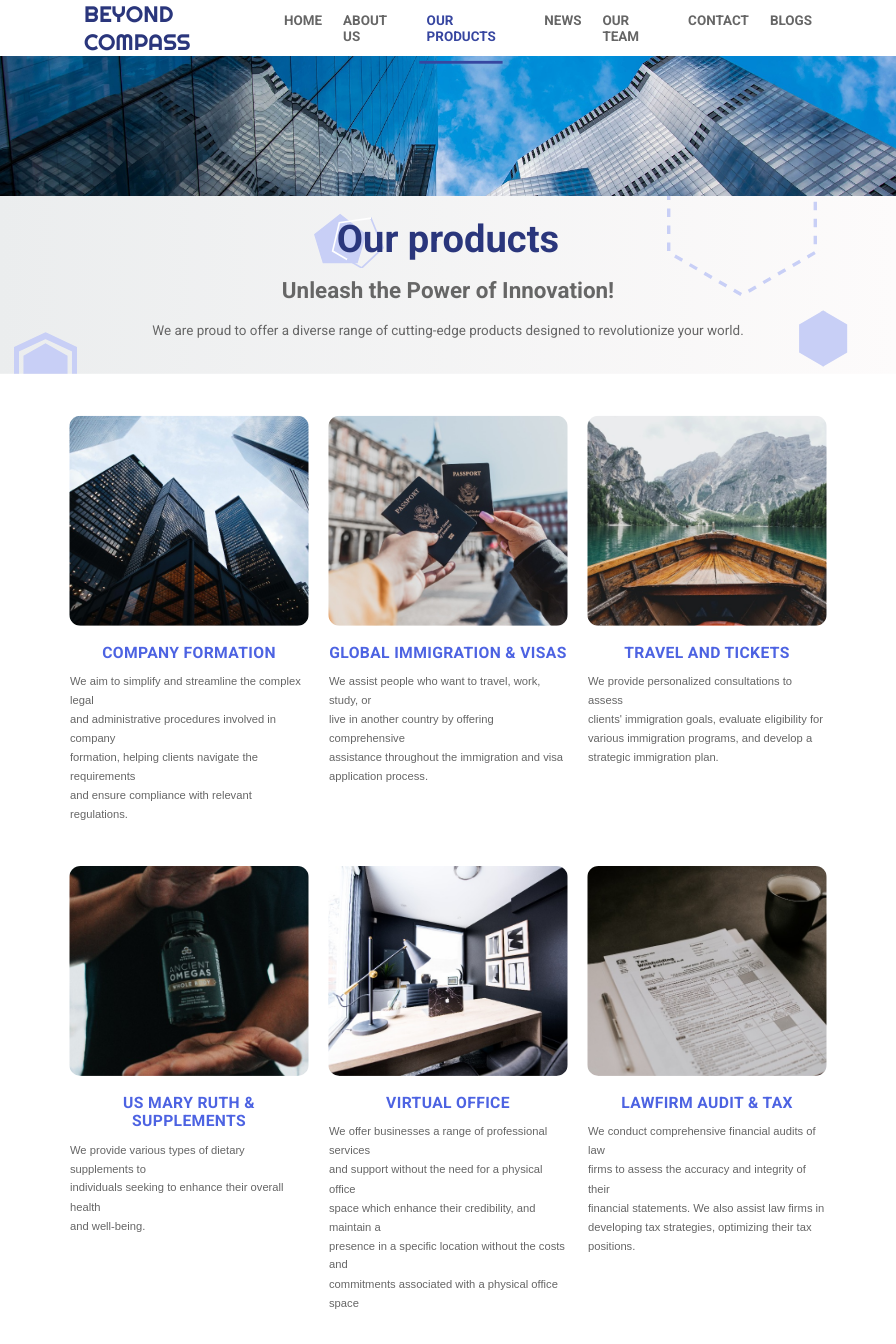
Repository: trunghau06/baitapRn
Page: pages/product.html
These files come from the project's save history. The page is drawn as it stood at one moment and after a run of saves; the edit follows.
The browser window is 1280 px wide. The pictures show the part of the page from y = 0 to 1920 px (the page is 3343 px tall before and 3346 px after), at 70% of full size.

Above is the page before, as saved 2025-10-09 22:38:32.

### pages/product.html
<!DOCTYPE html>
<html lang="en">
<head>
    <meta charset="UTF-8">
    <meta name="viewport" content="width=device-width, initial-scale=1.0">
    <title>Our products</title>
    <link rel="stylesheet" href="../style/product.css?v=1">
    <link rel="stylesheet" href="https://cdnjs.cloudflare.com/ajax/libs/font-awesome/6.5.1/css/all.min.css">
    <link href="https://fonts.googleapis.com/css2?family=Roboto:wght@400;700&display=swap" rel="stylesheet">
</head>
<body>
    <!-- Thanh Header -->
    <header>
        <div class="header-Page">
            <!-- Logo -->
            <div class="logo">BEYOND COMPASS</div>

            <!-- Navigation Menu -->
            <nav>
                <ul>
                    <li><a href="../index.html"                 >HOME        </a></li>
                    <li><a href="about.html"                 >ABOUT US    </a></li>
                    <li><a href="product.html" class="active">OUR PRODUCTS</a></li>
                    <li><a href="news.html"                  >NEWS        </a></li>
                    <li><a href="team.html"                  >OUR TEAM    </a></li>
                    <li><a href="contact.html"               >CONTACT     </a></li>
                    <li><a href="blogs.html"                 >BLOGS       </a></li>
                </ul>
            </nav>
        </div>
    </header>

    <div class="header-banner"></div>

    <!-- Gioi Thieu -->
    <div class="introduce-Page">
        <svg class="hexagon-small-double" viewBox="0 0 100 115" xmlns="http://www.w3.org/2000/svg">
            <polygon points="50 10, 85 30, 85 70, 50 90, 15 70, 15 30"
                    fill="#C8CFF6"
                    stroke="none"/>
            <polygon points="50 -2, 97 20, 97 80, 50 102, 3 80, 3 20"
                    fill="none"
                    stroke="#C8CFF6"
                    stroke-width="10"/>
        </svg>

        <div class="hexagon hexagon-large"></div>

         <svg class="hexagon-outline" viewBox="0 0 100 115" xmlns="http://www.w3.org/2000/svg">
            <polygon points="50 0, 93 25, 93 75, 50 100, 7 75, 7 25"
                    fill="none"
                    stroke="#C8CFF6"
                    stroke-width="2"
                    stroke-dasharray="5, 5"/>
        </svg>

        <svg class="pentagon-outline" viewBox="0 0 100 100" xmlns="http://www.w3.org/2000/svg">
            <defs>
                <linearGradient id="strokeHalfColor" x1="0%" y1="0%" x2="100%" y2="0%">
                    <stop offset="50%" style="stop-color:#FFFFFF;stop-opacity:1" />
                    <stop offset="50%" style="stop-color:#C8CFF6;stop-opacity:1" />
                </linearGradient>
            </defs>
            <polygon points="50 5, 95 40, 80 90, 20 90, 5 40"
                    fill="none"
                    stroke="url(#strokeHalfColor)"
                    stroke-width="3"
                    transform="rotate(30 50 50)"/>
        </svg>

        <svg class="pentagon-filled" viewBox="0 0 100 100" xmlns="http://www.w3.org/2000/svg">
            <polygon points="50 5, 95 40, 80 90, 20 90, 5 40"
                    fill="#C8CFF6"
                    stroke="#C8CFF6"
                    stroke-width="3"/>
        </svg>

        <h1>Our products</h1>

        <h3>Unleash the Power of Innovation!</h3>

        <p>We are proud to offer a diverse range of cutting-edge products designed to revolutionize your world.</p>
    </div>

    <div class="box-section">
        <!-- box 1 -->
        <div class="box">
            <img src="../Images/image_box_1.jpg" alt="">

            <div class="content-box">
                <h3>COMPANY FORMATION</h3>

                <p>
                    We aim to simplify and streamline the complex legal<br>
                    and administrative procedures involved in company<br>
                    formation, helping clients navigate the requirements<br>
                    and ensure compliance with relevant regulations.</p>
            </div>
        </div>

        <!-- box 2 -->
        <div class="box">
            <img src="../Images/image_box_2.jpg" alt="">

            <div class="content-box">
                <h3>GLOBAL IMMIGRATION & VISAS</h3>

                <p>
                    We assist people who want to travel, work, study, or<br>
                    live in another country by offering comprehensive<br>
                    assistance throughout the immigration and visa<br>
                    application process.</p>
            </div>
        </div>

        <!-- box 3 -->
        <div class="box">
            <img src="../Images/image_box_3.jpg" alt="">

            <div class="content-box">
                <h3>TRAVEL AND TICKETS</h3>

                <p>
                    We provide personalized consultations to assess<br>
                    clients' immigration goals, evaluate eligibility for <br>
                    various immigration programs, and develop a<br>
                    strategic immigration plan.</p>
            </div>
        </div>

        <!-- box 4 -->
        <div class="box">
            <img src="../Images/image_box_4.jpg" alt="">

            <div class="content-box">
                <h3>US MARY RUTH & SUPPLEMENTS</h3>

                <p>
                    We provide various types of dietary supplements to<br>
                    individuals seeking to enhance their overall health<br>
                    and well-being.
            </div>
        </div>

        <!-- box 5 -->
        <div class="box">
            <img src="../Images/image_box_5.jpg" alt="">

            <div class="content-box">
                <h3>VIRTUAL OFFICE</h3>

                <p>
                    We offer businesses a range of professional services<br>
                    and support without the need for a physical office<br>
                    space which enhance their credibility, and maintain a<br>
                    presence in a specific location without the costs and<br>
                    commitments associated with a physical office<br>
                    space
                </p>
            </div>
        </div>

        <!-- box 6 -->
        <div class="box">
            <img src="../Images/image_box_6.jpg" alt="">

            <div class="content-box">
                <h3>LAWFIRM AUDIT & TAX</h3>

                <p>
                    We conduct comprehensive financial audits of law <br>
                    firms to assess the accuracy and integrity of their<br>
                    financial statements. We also assist law firms in <br>
                    developing tax strategies, optimizing their tax<br>
                    positions.
                </p>
            </div>
        </div>

        <!-- box 7 -->
        <div class="box">
            <img src="../Images/image_box_7.jpg" alt="">

            <div class="content-box">
                <h3>DOMAIN SERVICE</h3>

                <p>
                    We help users search for and register available domain names based on their<br>
                    preferences and the availability of the desired domain extension.
                </p>
            </div>
        </div>

        <!-- box 8 -->
        <div class="box">
            <img src="../Images/image_box_8.jpg" alt="">

            <div class="content-box">
                <h3>LOGISTIC</h3>

                <p>
                    We offer the management and coordination of various activities related to the <br>
                    movement, storage, and handling of goods and resources throughout the supply <br>
                    chain.
                </p>
            </div>
        </div>
    </div>

    <!-- Footer -->
    <div class="footer">
        <!-- Header -->
        <div class="header-Footer">
            <h2>BEYOND COMPASS</h2>
            <div class="social-icons">
                <button><img src="../Images/youtube.png" alt="YouTube"></button>
                <button><img src="../Images/logo_linkedin.png" alt="LinkedIn"></button>
                <button><img src="../Images/image.png" alt="Twitter"></button>
            </div>
        </div>

        <!-- Offices -->
        <div class="offices">
            <!-- Main Office -->
            <div class="office">
                <h3>Main Office: The One Vietnam Co.Ltd.</h3>
                <div class="office-info">
                    <span class="square"></span>

                    <div class="content-info">
                        <p><img src="../Images/ic_map.png" alt="">Location: 40-42 Thiên Phước, Ward 15, Dist 11, HCMC, VN</p>

                        <div class="phone-group">
                            <p><img src="../Images/ic_phone.png" alt="">Phone Number: </p>

                            <div class="phone">
                                <p>(84) 902.111.222. mobile</p>
                                <p>(84) 28.333.6668 (19 lines)</p>
                                <p>(84) 28.234.5678 (fax)</p>
                            </div>
                        </div>

                        <p><img src="../Images/ic_email.png" alt="">Email: abc@def.com</p>
                        <p><img src="../Images/ic_global.png" alt="">Fax: (123)-456-7890</p>
                    </div>
                </div>
            </div>

            <!-- Brand Offices -->
            <div class="office">
                <h3>Brand Offices: The One Office Vietnam</h3>
                <div class="brand-offices">
                    <div class="office-info">
                        <span class="square"></span>

                        <div class="content-info">
                            <p><img src="../Images/ic_map.png" alt="Location">Location: Singapore</p>
                            <p><img src="../Images/ic_phone.png" alt="Phone">Phone Number: (84) 902.111.222</p>
                            <p><img src="../Images/ic_email.png" alt="Email">Email: abc@def.com</p>
                            <p><img src="../Images/ic_global.png" alt="Fax">Fax: (123)-456-7890</p>
                        </div>
                    </div>

                    <div class="office-info">
                        <span class="square"></span>

                        <div class="content-info">
                            <p><img src="../Images/ic_map.png" alt="">Location: USA</p>
                            <p></span><img src="../Images/ic_phone.png" alt="">Phone Number: (84) 902.111.222</p>
                            <p></span><img src="../Images/ic_email.png" alt="">Email: abc@def.com</p>
                            <p></span><img src="../Images/ic_global.png" alt="">Fax: (123)-456-7890</p>
                        </div>
                    </div>
                </div>
            </div>
        </div>

        <div class="line"></div>

        <div class="footer-links">
            <div class="link-column">
            <h4>OUR PRODUCTS</h4>
            <ul>
                <li><i class="fas fa-chevron-right"></i> Company Formation</li>
                <li><i class="fas fa-chevron-right"></i> Globalization & Visas</li>
                <li><i class="fas fa-chevron-right"></i> Travel & Ticket</li>
                <li><i class="fas fa-chevron-right"></i> Logistic</li>
                <li><i class="fas fa-chevron-right"></i> Virtual Office</li>
            </ul>
            </div>

            <div class="link-column">
            <h4>COMPANY</h4>
            <ul>
                <li><i class="fas fa-chevron-right"></i> About Us</li>
                <li><i class="fas fa-chevron-right"></i> Terms of Service</li>
                <li><i class="fas fa-chevron-right"></i> Privacy Policy</li>
                <li><i class="fas fa-chevron-right"></i> Support</li>
            </ul>
            </div>
        </div>

        <footer class="footer-bottom">
            <p>Copyright © 2023 by THEONEVIETNAM.COM. All rights reserved. Designed by Tuyet Nhi.</p>
        </footer>
    </div>
</body>
</html>

### style/product.css
@import url('https://fonts.googleapis.com/css2?family=Righteous&display=swap');

* {
    margin: 0;
    padding: 0;
    box-sizing: border-box;
}

body {
    font-family: Arial, sans-serif;
}

/* Header */
.header-Page {
    position: fixed;
    top: 0;
    left: 0;
    width: 100%;
    margin: 0 auto;
    padding: 0 60px;
    display: flex;
    justify-content: space-between;
    align-items: center;
    height: 80px;
    background-color: white;
    z-index: 1000;
}


/* Logo */
.logo {
    font-family: 'Righteous', Arial, sans-serif;
    color: #2A367C;
    font-size: 2em;
    font-weight: 400;
    padding-left: 60px;
}

/* Menu */
nav ul {
    list-style: none;
    display: flex;
    gap: 30px;
    padding-right: 60px;
}

nav ul li a {
    text-decoration: none;
    color: #666666;
    font-size: 1.2em;
    font-weight: 700;
    padding-bottom: 28px;
    font-family: 'Roboto', Arial, sans-serif;
    position: relative;
}

nav ul li a::after {
    content: '';
    position: absolute;
    bottom: 0;
    left: -10px;
    right: -10px;
    height: 4px;
}

nav ul li a:hover,
nav ul li a.active {
    color: #3746A0;
}

nav ul li a:hover::after,
nav ul li a.active::after {
    background-color: #3746A0;
}

/* Banner */
.header-banner {
    margin-top: 80px;
    width: 100%;
    height: 200px;
    background-image: url('../Images/anhHeader_3.png');
    background-size: cover;
    background-position: center;
}

.introduce-Page {
    position: relative;
    background: linear-gradient(to right, #EBEDEE, #FDFBFB);
    display: flex;
    flex-direction: column;
    justify-items: center;
    align-items: center;
    padding: 30px 20px;
    overflow: hidden;
}

.introduce-Page h1 {
    font-family: 'Roboto', Arial, sans-serif;
    color: #2A367C;
    font-size: 3.4em;
    font-weight: 700;
    margin-bottom: 20px;
    z-index: 2;
}

.introduce-Page h3 {
    font-family: 'Roboto', Arial, sans-serif;
    font-size: 2em;
    color: #666666;
    line-height: 1.4;
    margin-bottom: 20px;
    font-weight: bold;
}

.introduce-Page p {
    color: #666666;
    font-family: 'Roboto', Arial, sans-serif;
    line-height: 1.6;
    margin-bottom: 15px;
    font-size: 1.2em;
}

.hexagon {
    position: absolute;
    background-color: #C8CFF6;
    clip-path: polygon(
        50% 0%, 93% 25%, 93% 75%, 50% 100%, 7% 75%, 7% 25%
    );
    box-shadow:
        0 0 0 8px white,
        0 0 0 10px #8B9FD9;
}

/* Hình lục giác nhỏ với 2 lớp viền */
.hexagon-small-double {
    position: absolute;
    width: 90px;
    height: 140px;
    top: 72%;
    left: 20px;
    z-index: 2;
}

/* Hình lục giác lớn */
.hexagon-large {
    width: 80px;
    height: 80px;
    bottom: 10px;
    right: 5%;
}

/* Hình lục giác chỉ viền nét đứt */
.hexagon-outline {
    position: absolute;
    width: 280px;
    height: 280px;
    top: 15%;
    right: 80px;
    transform: translateY(-50%);
}

/* Hình ngũ giác 5 góc nghiêng phải */
.pentagon-outline {
    position: absolute;
    width: 80px;
    height: 80px;
    top: 25%;
    left: 40%;
    transform: translate(-50%, -50%);
    z-index: 1;
}

/* Hình ngũ giác có ruột màu xanh */
.pentagon-filled {
   position: absolute;
    width: 80px;
    height: 80px;
    top: 25%;
    left: 38%;
    transform: translate(-50%, -50%);
    z-index: 0;
}

/* Cac box */
.box-section {
    display: flex;
    flex-wrap: wrap;
    gap: 10px;
    width: 100%;
    padding: 40px 40px;
    justify-content: center;
    align-items: stretch;
}

.box {
    width: 30%;
    border-radius: 15px;
    overflow: hidden;
    display: flex;
    flex-direction: column;
    justify-items: center;
    align-items: center;
    padding: 20px 0;
}

.box img {
    width: 95%;
    height: 300px;
    object-fit: cover;
    border-radius: 16px;
}

.box-section .box:last-child,
.box-section .box:nth-last-child(2) {
    height: 350px;
}

.content-box {
    padding: 10px;
    text-align: center;
    flex-grow: 1;
}

.content-box h3 {
    font-family: 'Roboto', Arial, sans-serif;
    color: #4D63E2;
    font-size: 1.4em;
    font-weight: 700;
    margin: 15px 0 15px 0;
    letter-spacing: 0.5px;
}

.content-box p {
    color: #666666;
    font-size: 1em;
    line-height: 1.7;
    text-align: left;
}

.box:nth-child(7),
.box:nth-child(8) {
    width: 45%;
}

/* Footer */
.footer {
  display: flex;
  flex-direction: column;
  background-color: #3746A0;
}

.header-Footer {
    display: flex;
    justify-content: space-between;
    align-items: center;
    padding: 20px 160px;
    margin-top: 50px;
}

.header-Footer h2 {
    font-size: 2em;
    font-weight: bold;
    letter-spacing: 2px;
    font-family: 'Righteous', Arial, sans-serif;
    color: #FFFFFF;
}

.social-icons {
    display: flex;
    gap: 15px;
}

.social-icons button {
    background: #FFFFFF;
    border: none;
    cursor: pointer;
    width: 60px;
    height: 60px;
    border-radius: 10px;
    display: flex;
    align-items: center;
    justify-content: center;
}

.social-icons button img {
    width: 70%;
    height: 70%;
    object-fit: contain;
}

.offices {
    padding: 10px 160px;
    display: grid;
    grid-template-columns: 1fr 1fr;
    gap: 40px;
    margin-top: 30px;
}

.brand-offices {
    display: grid;
    grid-template-columns: 1fr 1fr;
    gap: 60px;
}

.office h3 {
    margin-bottom: 15px;
    font-size: 1.4em;
    color: #FFFFFF;
}

.office-info {
    position: relative;
    margin-bottom: 20px;
    display: flex;
    align-items: flex-start;
}

.office-info .square {
    position: absolute;
    left: 0;
    top: 25px;
    width: 12px;
    height: 12px;
    background: #202A5F;
    border-radius: 4px;
}

.content-info {
    padding-left: 30px;
}

.content-info p {
    margin: 28px 0;
    display: flex;
    align-items: center;
    font-size: 0.8em;
    color: #FFFFFF;
}

.phone-group {
    display: flex;
    justify-content: left;
    align-items: flex-start;
    gap: 10px;
}

.phone-group p {
    margin: 0;
    font-size: 0.8em;
    margin-bottom: 28px;
    color: #FFFFFF;
}

.phone-group .phone p:nth-of-type(3) {
    margin-bottom: 0;
}

.phone {
    display: flex;
    flex-direction: column;
    text-align: left;
}

.content-info img {
    width: 20px;
    height: 20px;
    margin-right: 16px;
    vertical-align: middle;
    filter: brightness(0) invert(1);
}

.line {
    width: 86%;
    height: 2px;
    background: rgba(255,255,255,0.5);
    margin: 0 auto 40px auto;
}

.footer-links {
  display: flex;
  justify-content: left;
  gap: 200px;
  padding: 20px 160px;
  margin-bottom: 50px;
}

.link-column h4 {
  margin-bottom: 15px;
  font-size: 1.4em;
  font-weight: bold;
  color: #FFFFFF;
  text-transform: uppercase;
}

.link-column ul {
  list-style: none;
  padding: 0 10px;
}

.link-column ul li {
  margin: 28px 0;
  font-size: 0.8em;
  display: flex;
  align-items: center;
  color: #FFFFFF;
}

.link-column ul li i {
  margin-right: 12px;
  font-size: 0.8em;
  color: #FFFFFF;
}

.footer-bottom {
  margin-top: auto;
  background: #fff;
  text-align: center;
  padding: 30px 0;
  font-size: 12px;
  color: #555;
  border-top: 1px solid #ddd;
}

After the next 2 saves:
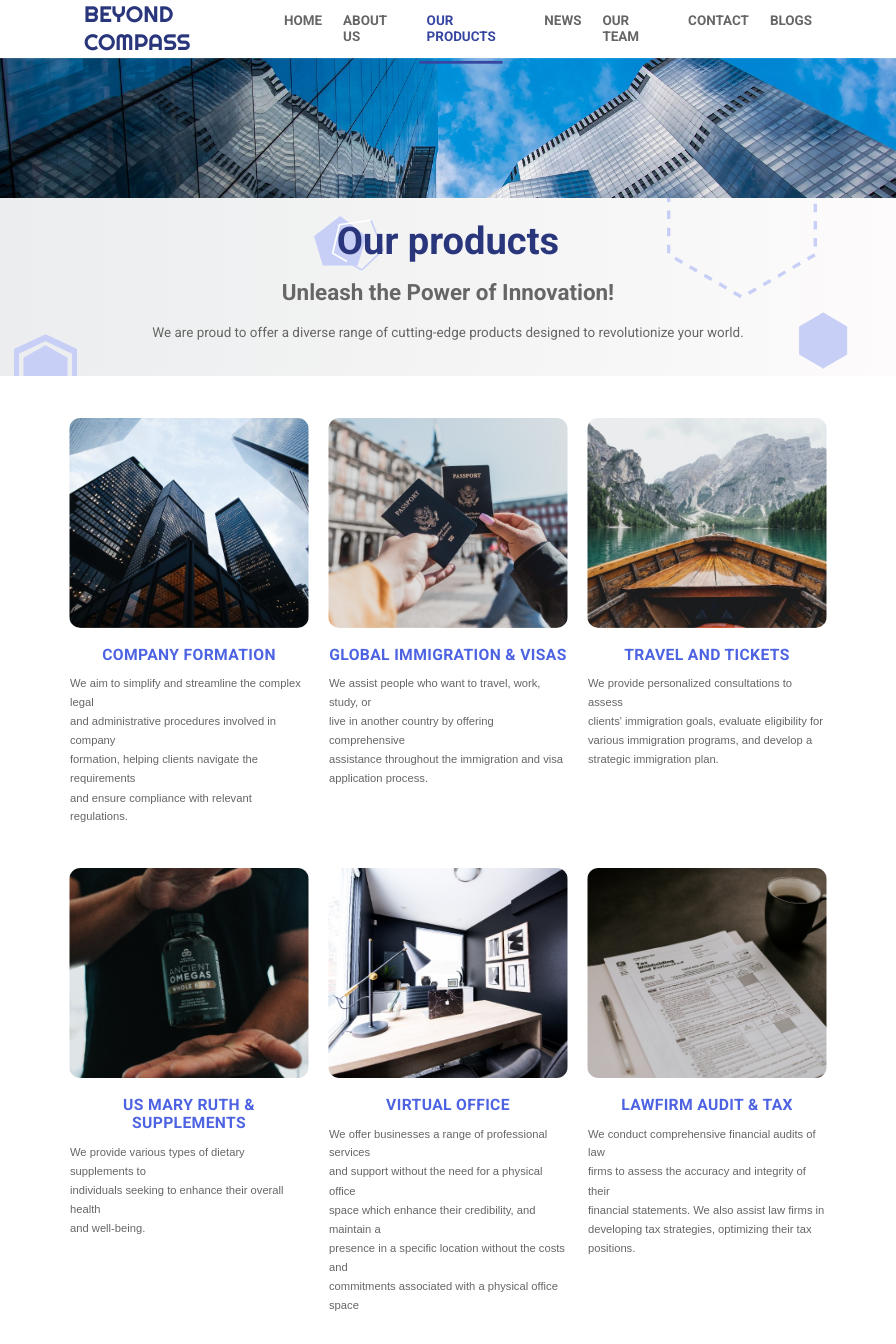
The 2 saves are shown as one change because they came seconds apart.
The last was saved 6 s later.
--- a/style/product.css
+++ b/style/product.css
@@ -75,7 +75,7 @@ nav ul li a.active::after {
 
 /* Banner */
 .header-banner {
-    margin-top: 80px;
+    margin-top: 83px;
     width: 100%;
     height: 200px;
     background-image: url('../Images/anhHeader_3.png');
